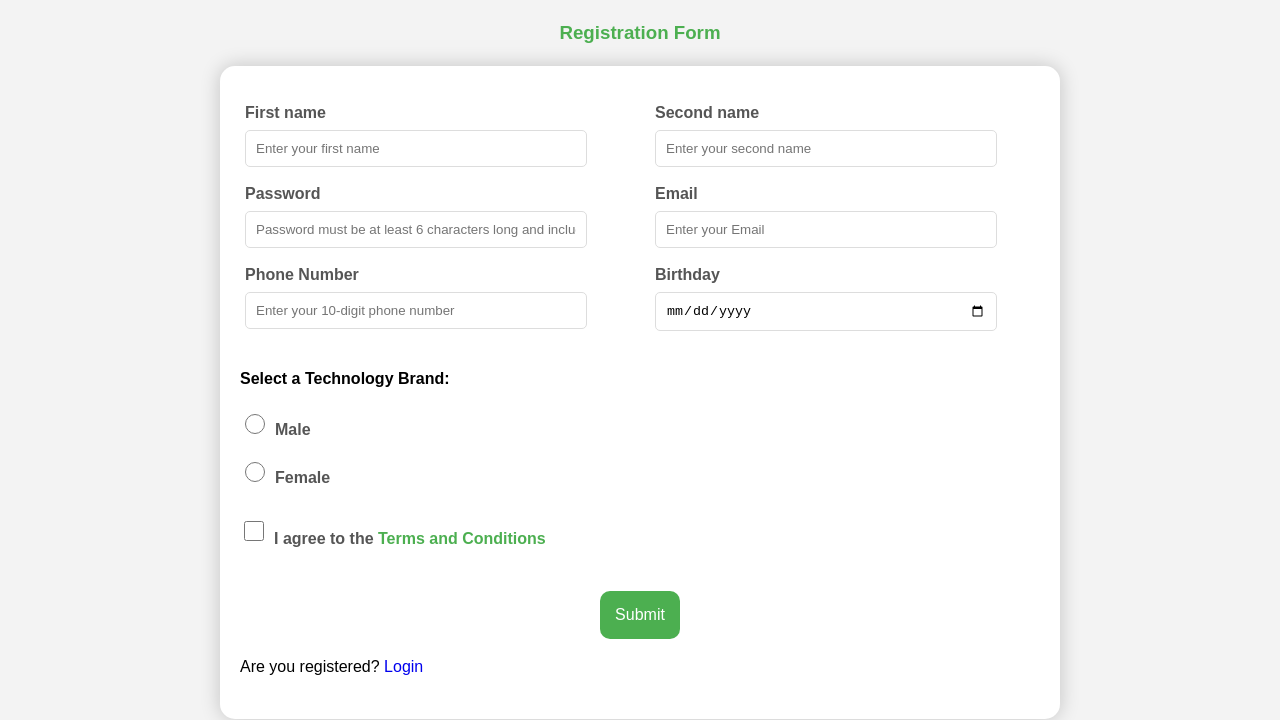
Repository: alizey12/Regestratin-Form-js
Page: regester.html
An editor plug-in stored every save of this project. The page is shown before and after a run of saves, followed by the edit.
The browser window is 1280 px wide. The pictures show the whole page.

Above is the page before, as saved 2024-11-29 20:42:33.

### regester.html
<!DOCTYPE html>
<html lang="en">
<head>
    <meta charset="UTF-8">
    <meta name="viewport" content="width=device-width, initial-scale=1.0">
    <link rel="stylesheet" href="regester.css">
    <title>Registration Form</title>
</head>
<body>
    <h3>Registration Form</h3>
    <div class="main">
        <form id="signupForm" action="">
            <div class="grid-container">
                <div>
                    <label for="username">First name</label>
                    <input type="text" id="username" name="username"
                           placeholder="Enter your first name"
                           required pattern="^[a-zA-Z0-9_]{3,15}$"
                           title="Username must be 3-15 characters long and can only contain letters, numbers, and underscores.">

                    <label for="password">Password</label>
                    <input type="password" id="password" name="password"
                           placeholder="Password must be at least 6 characters long and include one letter and one number."
                           required pattern="^(?=.*[A-Za-z])(?=.*\d)[A-Za-z\d]{6,}$"
                           title="Password must be at least 6 characters long and include one letter and one number.">

                    <label for="quantity">Phone Number</label>
                    <input type="text" id="quantity" name="quantity"
                           placeholder="Enter your 10-digit phone number"
                           required pattern="^\d{10}$"
                           title="Enter a valid 10-digit phone number.">
                </div>
                <div>
                    <label for="username">Second name</label>
                    <input type="text" id="username" name="username"
                           placeholder="Enter your second name"
                           required pattern="^[a-zA-Z0-9_]{3,15}$"
                           title="Username must be 3-15 characters long and can only contain letters, numbers, and underscores.">

                    <label for="email">Email</label>
                    <input type="email" id="email" name="email"
                           placeholder="Enter your Email"
                           required pattern="^[a-zA-Z0-9._%+-]+@[a-zA-Z0-9.-]+\.[a-zA-Z]{2,}$">

                    <label for="birthday">Birthday</label>
                    <input type="date" id="birthday" name="birthday" required>
                </div>
            </div>

            <p><b>Select a Technology Brand:</b></p>
            <div class="gen-rad">
                <label>
                    <input type="radio" id="Netflix" name="brand" value="Netflix">
                    Male
                </label>
                <label>
                    <input type="radio" id="Audi" name="brand" value="Audi">
                    Female
                </label>

            </div>

            <!-- <h3 class="heading">Your favourite language</h3>
            <label class="container">
                HTML
                <input type="checkbox" name="language" value="HTML">
            </label>
            <label class="container">
                CSS
                <input type="checkbox" name="language" value="CSS">
            </label>
            <label class="container">
                JavaScript
                <input type="checkbox" name="language" value="JavaScript">
            </label>
            <label class="container">
                React
                <input type="checkbox" name="language" value="React">
            </label> -->

            <div class="agree-term">
                <input type="checkbox" id="agree" name="agree" required />
                <label for="agree">
                    I agree to the <a href="#">Terms and Conditions</a>
                </label>
            </div>

            <div class="wrap">
                <button type="submit">Submit</button>
            </div>

        </form>
        <p>Are you registered?
            <a href="signin.html" style="text-decoration: none;">Login</a>
        </p>
    </div>
    <script src="Regester.js"></script>
</body>
</html>

### regester.css
body {
    display: flex;
    align-items: center;
    justify-content: center;
    font-family: sans-serif;
    line-height: 1.5;
    min-height: 100vh;
    background: #f3f3f3;
    flex-direction: column;
    margin: 0;
}

.main {
    background-color: #fff;
    border-radius: 15px;
    box-shadow: 0 0 20px rgba(0, 0, 0, 0.2);
    padding: 20px;
    transition: transform 0.2s;
    width: 800px;
}

h3 {
    color: #4CAF50;
    text-align: center;
}

label {
    display: block;
    margin-top: 10px;
    margin-bottom: 5px;
    text-align: left;
    color: #555;
    font-weight: bold;
}

input {
    display: block;
    width: 90%;
    margin-bottom: 15px;
    padding: 10px;
    box-sizing: border-box;
    border: 1px solid #ddd;
    border-radius: 5px;
}

button {
    padding: 15px;
    border-radius: 10px;
    margin-top: 15px;
    border: none;
    color: white;
    cursor: pointer;
    background-color: #4CAF50;
    font-size: 16px;
}

.wrap {
    display: flex;
    justify-content: center;
    align-items: center;
}

/* Grid container for organizing the form layout */
.grid-container {
    display: grid;
    grid-template-columns: 1fr 1fr;
    gap: 20px;
}

.grid-container div {
    padding: 5px;
}

/* Styling for the checkboxes and labels */
.container {
    display: flex;
    align-items: center; /* Center checkbox and label vertically */
    margin-bottom: 10px;
    font-size: 16px;
    cursor: pointer;
}

/* Styling for checkboxes */
.container input[type="checkbox"] {
    margin-right: 10px; /* Space between checkbox and label text */
    width: 20px;
    height: 20px;
    accent-color: #4CAF50; /* Green check color */
}

/* Styling for the radio button container */
.gen-rad {
    margin-top: 20px;
}

/* Align radio buttons and labels neatly */
.gen-rad label {
    display: flex;
    align-items: center;
    margin-bottom: 10px;
    font-size: 16px;
}

.gen-rad input[type="radio"] {
    margin-right: 10px; /* Space between radio button and label */
    width: 20px;
    height: 20px;
}

/* Styling for radio buttons */
.gen-rad p {
    font-weight: bold;
    color: #555;
}

.container label, .gen-rad label {
    font-size: 16px;
    color: #555;
}

/* Adding spacing between elements */
p {
    margin-bottom: 20px;
}

/* Hover and checked states for checkboxes */
.container:hover {
    background-color: #f0f0f0;
    padding: 5px;
    border-radius: 5px;
}

.container input[type="checkbox"]:checked {
    background-color: #4CAF50; /* Green when checked */
}

.checkmark {
    position: absolute;
    top: 0;
    left: 0;
    height: 25px;
    width: 25px;
    background-color: #eee;
}

.container:hover input ~ .checkmark {
    background-color: #ccc;
}

.container input:checked ~ .checkmark {
    background-color: #279e63;
}

.checkmark:after {
    content: "";
    position: absolute;
    display: none;
}

.container input:checked ~ .checkmark:after {
    display: block;
}

.container .checkmark:after {
    left: 9px;
    top: 5px;
    width: 5px;
    height: 10px;
    border: solid white;
    border-width: 0 3px 3px 0;
    transform: rotate(45deg);
}


/* Styling the entire agree term section */
.agree-term {
    display: flex;
    align-items: center; /* Aligns the checkbox and label horizontally */
    margin-top: 20px; /* Space above the agreement section */
    font-size: 16px;
    color: #555;
}

/* Styling the checkbox */
.agree-term input[type="checkbox"] {
    width: 20px;  /* Set checkbox size */
    height: 20px; /* Set checkbox height */
    margin-right: 10px; /* Space between checkbox and label */
    accent-color: #4CAF50; /* Change checkbox color to green */
}

/* Styling the label */
.agree-term label {
    top
    font-size: 16px; /* Consistent font size */
    color: #555; /* Text color */
}

/* Styling the hyperlink inside the label */
.agree-term label a {
    text-decoration: none; /* Remove underline from the link */
    color: #4CAF50; /* Green color for the link */
}

.agree-term label a:hover {
    text-decoration: underline; /* Underline the link when hovered */
    color: #45a049; /* Slightly darker green */
}

/* Styling the submit button */
.wrap {
    display: flex;
    justify-content: center;
    margin-top: 20px;
}

.wrap button {
    padding: 15px;
    border-radius: 10px;
    border: none;
    background-color: #4CAF50; /* Green background */
    color: white;
    font-size: 16px;
    cursor: pointer;
    transition: background-color 0.3s ease;
}

.wrap button:hover {
    background-color: #45a049; /* Darker green when hovered */
}

### Regester.js
document.getElementById('signupForm').addEventListener('submit', function (event) {
    event.preventDefault(); // Prevent form submission

    // Get field values
    const username = document.getElementById('username').value;
    const email = document.getElementById('email').value;
    const password = document.getElementById('password').value;
    const quantity = document.getElementById('quantity').value;
    const birthday = document.getElementById('birthday').value;
    const gender = document.querySelector('input[name="gender"]:checked');
    const languages = Array.from(document.querySelectorAll('input[name="language"]:checked'))
                            .map(lang => lang.value);

    // Validate gender
    if (!gender) {
        alert('Please select your gender.');
        return;
    }

    // Validate at least one language is selected
    if (languages.length === 0) {
        alert('Please select at least one favourite language.');
        return;
    }

    // Log values in the console
    console.log('Username:', username);
    console.log('Email:', email);
    console.log('Password:', password);
    console.log('Phone Number:', quantity);
    console.log('Birthday:', birthday);
    console.log('Gender:', gender.value);
    console.log('Languages:', languages);

    // Show success message
    alert('Signup successful!');
});

After the next 3 saves:
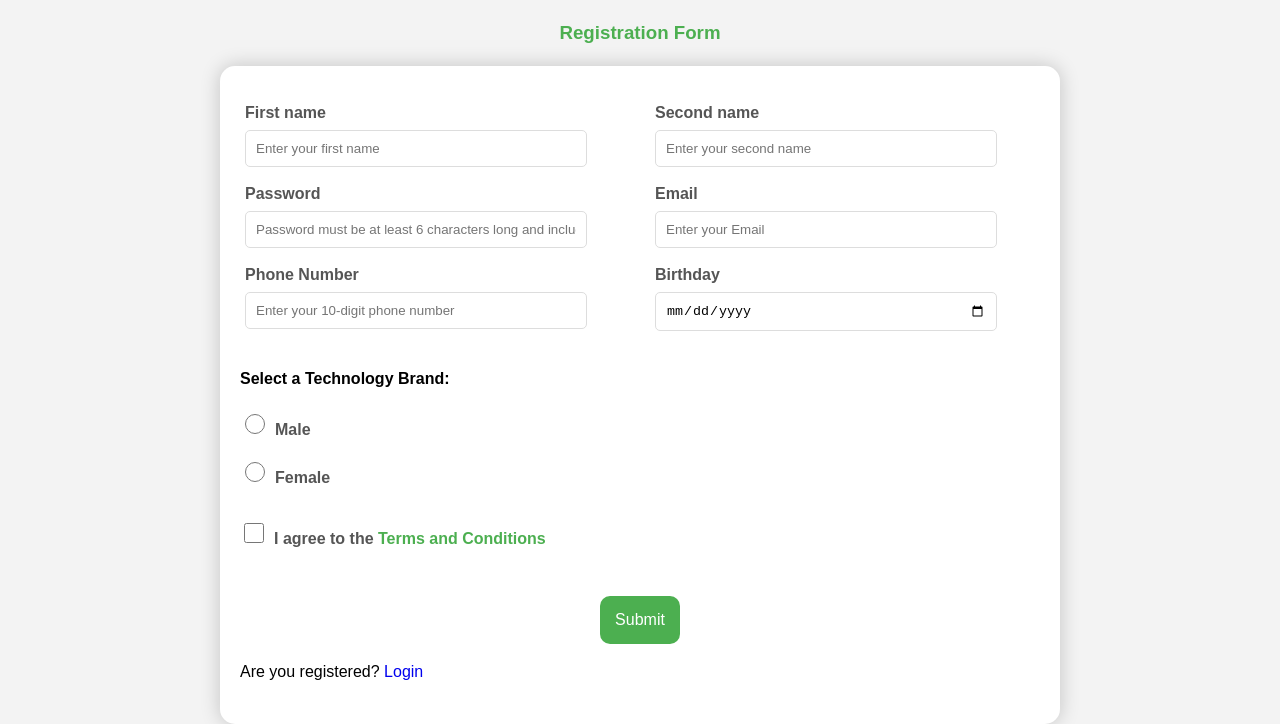
The 3 saves are shown as one change because they came seconds apart.
The last was saved 10 s later.
--- a/regester.css
+++ b/regester.css
@@ -191,7 +191,7 @@ p {
 
 /* Styling the label */
 .agree-term label {
-    top
+    padding-bottom: 5px;
     font-size: 16px; /* Consistent font size */
     color: #555; /* Text color */
 }
